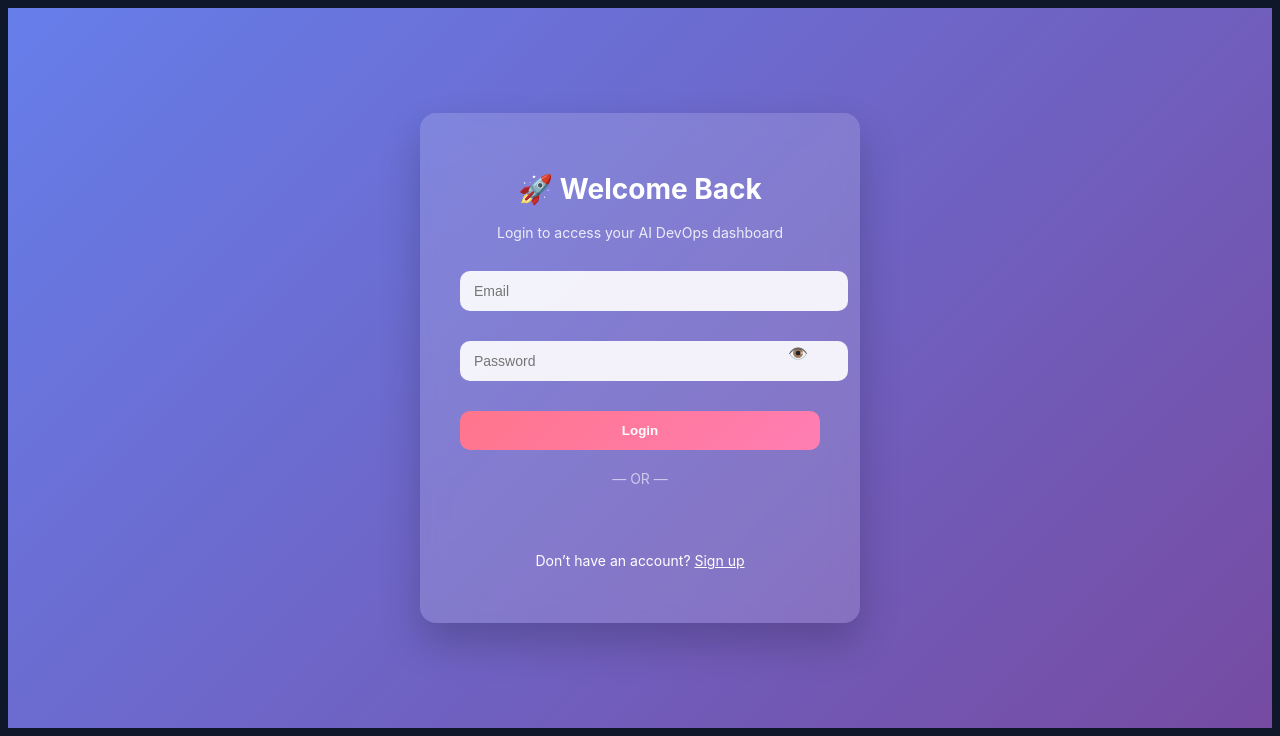
Repository: kundanchouhan12/DevX-Ai-Powered-Devops-Assistant-GenAi-LLM
Page: / (app in frontend/)
An editor plug-in stored every save of this project. The page is shown before and after the next save, followed by the edit.
The browser window is 1280 px wide. The pictures show the whole page.
The page's requests for data from a server got no answer. The project was rebuilt for these pictures with package versions that can differ from the ones it lists, and the page was loaded fresh each time. No one was signed in, and anything a server would have sent is missing. Also part of the build but not shown: frontend/vite.config.js, frontend/src/pages/Home.jsx, frontend/src/pages/Dashboard.jsx, frontend/src/pages/Signup.jsx.

Above is the page before, as saved 2026-01-31 17:42:27.

After the next save:
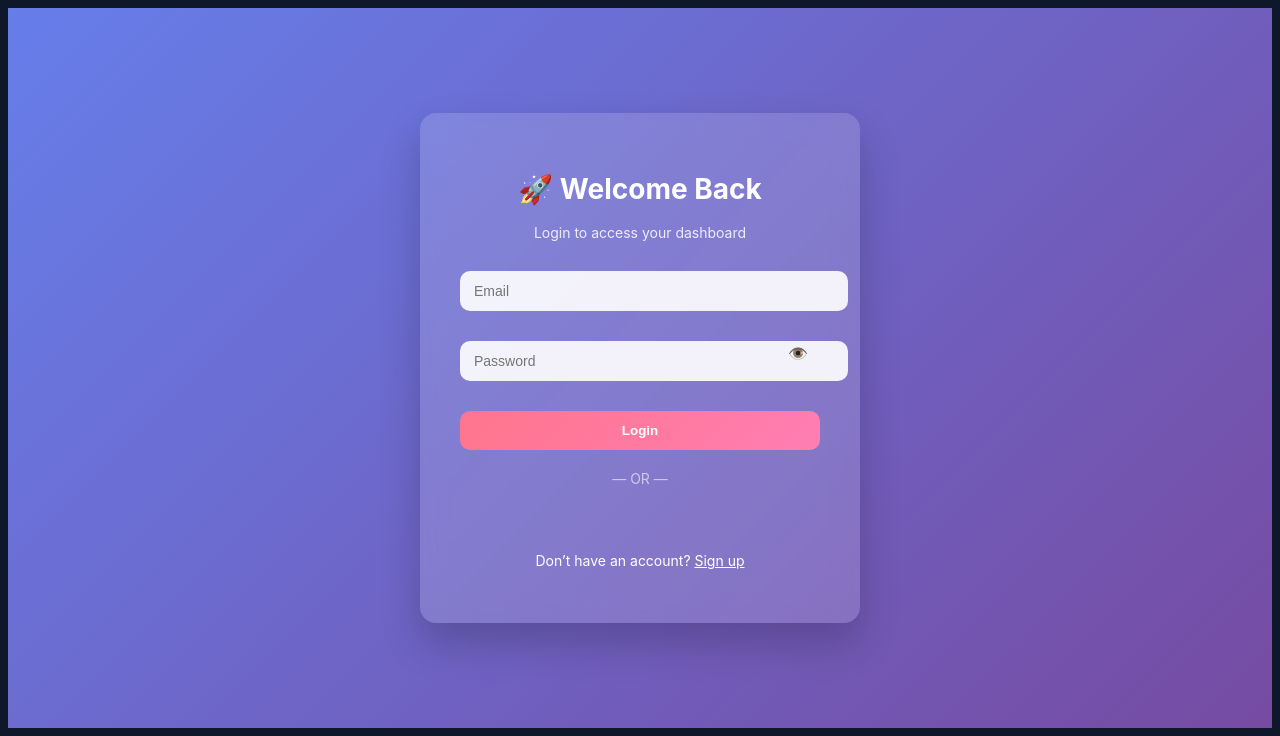
Saved 14 s later.
--- a/frontend/src/pages/Login.jsx
+++ b/frontend/src/pages/Login.jsx
@@ -12,14 +12,12 @@ export default function Login() {
 
   const handleLogin = async () => {
     setError("");
-
     if (!email) return setError("Email is required");
     if (!/\S+@\S+\.\S+/.test(email)) return setError("Invalid email");
     if (!password) return setError("Password is required");
 
     try {
       const res = await login(email, password);
-
       if (res.data?.token) {
         localStorage.setItem("token", res.data.token);
         navigate("/");
@@ -33,13 +31,8 @@ export default function Login() {
 
   const handleGoogleLogin = async (cred) => {
     setError("");
-
     try {
       const res = await googleLogin(cred.credential);
-
-      console.log("Google login response:", res.data);
-
-      // 🔑 token key MUST exist
       if (res.data?.token) {
         localStorage.setItem("token", res.data.token);
         navigate("/");
@@ -56,40 +49,19 @@ export default function Login() {
     <div style={pageStyle}>
       <div style={cardStyle}>
         <h1 style={titleStyle}>🚀 Welcome Back</h1>
-        <p style={subtitleStyle}>Login to access your AI DevOps dashboard</p>
-
+        <p style={subtitleStyle}>Login to access your dashboard</p>
         {error && <p style={errorStyle}>{error}</p>}
 
-        <input
-          type="email"
-          placeholder="Email"
-          value={email}
-          onChange={(e) => setEmail(e.target.value)}
-          style={inputStyle}
-        />
-
+        <input type="email" placeholder="Email" value={email} onChange={e => setEmail(e.target.value)} style={inputStyle} />
         <div style={passwordWrapper}>
-          <input
-            type={showPassword ? "text" : "password"}
-            placeholder="Password"
-            value={password}
-            onChange={(e) => setPassword(e.target.value)}
-            style={{ ...inputStyle, marginBottom: 0 }}
-          />
-          <span
-            style={eyeStyle}
-            onClick={() => setShowPassword(!showPassword)}
-          >
+          <input type={showPassword ? "text" : "password"} placeholder="Password" value={password} onChange={e => setPassword(e.target.value)} style={{ ...inputStyle, marginBottom: 0 }} />
+          <span style={eyeStyle} onClick={() => setShowPassword(!showPassword)}>
             {showPassword ? "🙈" : "👁️"}
           </span>
         </div>
 
-        <button style={buttonStyle} onClick={handleLogin}>
-          Login
-        </button>
-
+        <button style={buttonStyle} onClick={handleLogin}>Login</button>
         <div style={divider}>— OR —</div>
-
         <div style={googleWrapper}>
           <GoogleLogin
             onSuccess={handleGoogleLogin}
@@ -101,78 +73,24 @@ export default function Login() {
         </div>
 
         <p style={footerText}>
-          Don’t have an account?{" "}
-          <span style={linkStyle} onClick={() => navigate("/signup")}>
-            Sign up
-          </span>
+          Don’t have an account? <span style={linkStyle} onClick={() => navigate("/signup")}>Sign up</span>
         </p>
       </div>
     </div>
   );
 }
 
-/* ================= STYLES ================= */
-
-const pageStyle = {
-  height: "100vh",
-  display: "flex",
-  justifyContent: "center",
-  alignItems: "center",
-  background: "linear-gradient(135deg, #667eea, #764ba2)",
-  fontFamily: "Inter, sans-serif",
-};
-
-const cardStyle = {
-  background: "rgba(255,255,255,0.15)",
-  backdropFilter: "blur(12px)",
-  padding: "40px",
-  borderRadius: "16px",
-  width: "360px",
-  boxShadow: "0 20px 40px rgba(0,0,0,0.2)",
-  textAlign: "center",
-  color: "#fff",
-};
-
+/* ================= STYLES (same as before) ================= */
+const pageStyle = { height: "100vh", display: "flex", justifyContent: "center", alignItems: "center", background: "linear-gradient(135deg, #667eea, #764ba2)", fontFamily: "Inter, sans-serif" };
+const cardStyle = { background: "rgba(255,255,255,0.15)", backdropFilter: "blur(12px)", padding: "40px", borderRadius: "16px", width: "360px", boxShadow: "0 20px 40px rgba(0,0,0,0.2)", textAlign: "center", color: "#fff" };
 const titleStyle = { fontSize: 28, fontWeight: 700 };
 const subtitleStyle = { fontSize: 14, opacity: 0.85, marginBottom: 20 };
-
-const inputStyle = {
-  width: "100%",
-  padding: "12px 14px",
-  borderRadius: "10px",
-  border: "none",
-  outline: "none",
-  fontSize: "14px",
-  marginBottom: "20px",
-  backgroundColor: "rgba(255,255,255,0.9)",
-  color: "#000",
-};
-
+const inputStyle = { width: "100%", padding: "12px 14px", borderRadius: "10px", border: "none", outline: "none", fontSize: "14px", marginBottom: "20px", backgroundColor: "rgba(255,255,255,0.9)", color: "#000" };
 const passwordWrapper = { position: "relative", marginBottom: "20px" };
-
 const eyeStyle = { position: "absolute", right: 12, top: 12, cursor: "pointer" };
-
-const buttonStyle = {
-  width: "100%",
-  padding: "12px",
-  borderRadius: "10px",
-  border: "none",
-  fontWeight: 600,
-  cursor: "pointer",
-  color: "#fff",
-  background: "linear-gradient(135deg,#ff758c,#ff7eb3)",
-  marginBottom: "10px",
-};
-
-const googleWrapper = {
-  display: "flex",
-  justifyContent: "center",
-  marginBottom: "5px",
-};
-
+const buttonStyle = { width: "100%", padding: "12px", borderRadius: "10px", border: "none", fontWeight: 600, cursor: "pointer", color: "#fff", background: "linear-gradient(135deg,#ff758c,#ff7eb3)", marginBottom: "10px" };
+const googleWrapper = { display: "flex", justifyContent: "center", marginBottom: "5px" };
 const divider = { margin: "10px 0", opacity: 0.6, fontSize: 14 };
-
 const errorStyle = { color: "#ffb4b4", fontSize: 13, marginBottom: 10 };
-
 const footerText = { marginTop: 15, fontSize: 14 };
 const linkStyle = { textDecoration: "underline", cursor: "pointer" };
